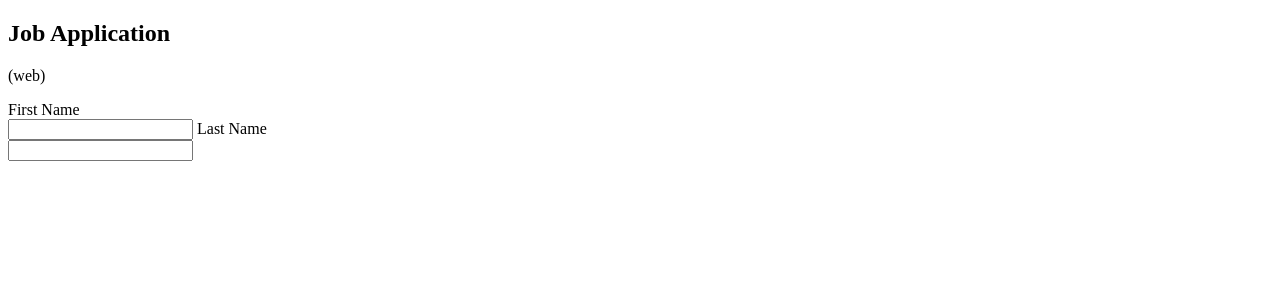
Repository: diensy/JOB-APPLICATION
Page: index.html
These files come from the project's save history. The page is drawn as it stood at one moment and after the next save; the edit follows.
The browser window is 1280 px wide. The pictures show the whole page.

Above is the page before, as saved 2024-02-27 00:15:15.

After the next save:
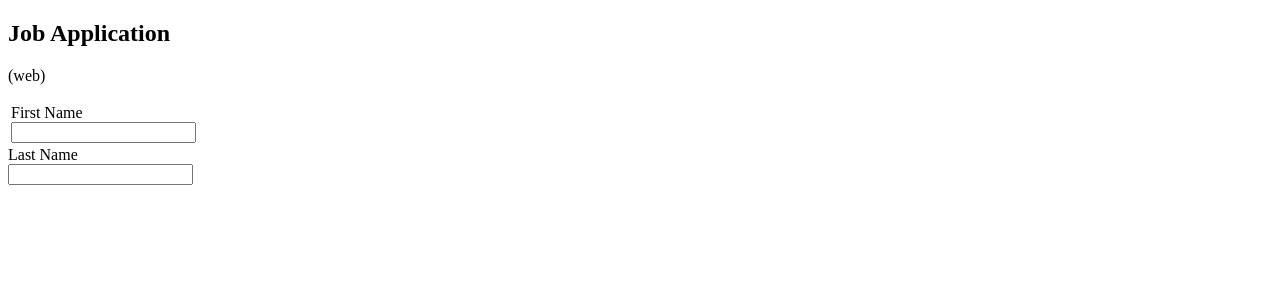
Saved 52 s later.
--- a/index.html
+++ b/index.html
@@ -9,9 +9,16 @@
     <h2>Job Application</h2>
     <p>(web)</p>
     <form action="">
-      <label for="firstname" id="first">First Name</label>
-      <br />
-      <input type="text" id="first" />
+      <table>
+        <tr>
+          <td>
+            <label for="firstname" id="first">First Name</label>
+            <br />
+            <input type="text" id="first" />
+          </td>
+        </tr>
+      </table>
+
       <label for="Lastname" id="last">Last Name</label>
       <br />
       <input type="text" id="last" />
